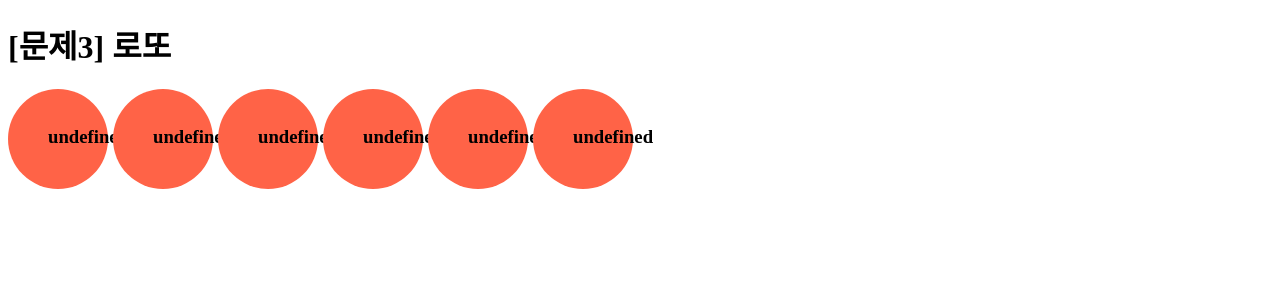
Repository: ssummini/Web
Page: JavaScript/src/main/webapp/practice/practice05.html
These files come from the project's save history. The page is drawn as it stood at one moment and after the next save; the edit follows.
The browser window is 1280 px wide. The pictures show the whole page.

Above is the page before, as saved 2024-08-21 08:08:54.

After the next save:
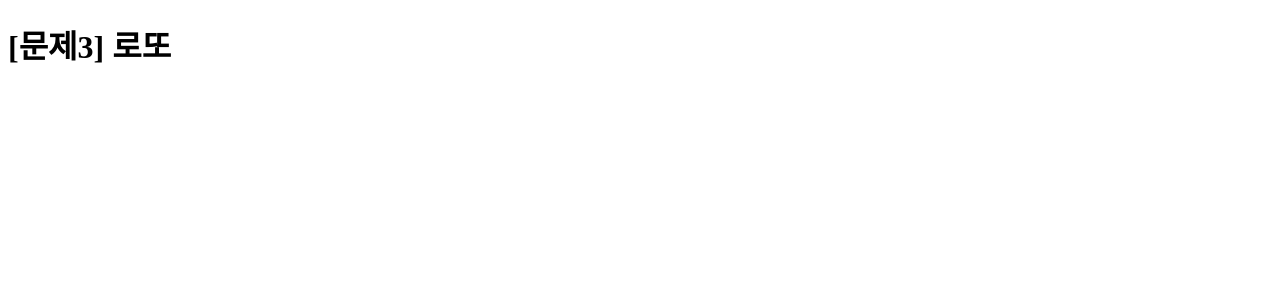
Console error: SyntaxError: Unexpected token ']'
Saved 10 s later.
--- a/JavaScript/src/main/webapp/practice/practice05.html
+++ b/JavaScript/src/main/webapp/practice/practice05.html
@@ -45,7 +45,7 @@
 		}while(isSame);
 
 		lottoNumbers.push(number);
-		document.write(`<div class="lotto"><h3>${number[1]}</h3></div>`);
+		document.write(`<div class="lotto"><h3>${number[]}</h3></div>`);
 
 	}
 

After the save that followed:
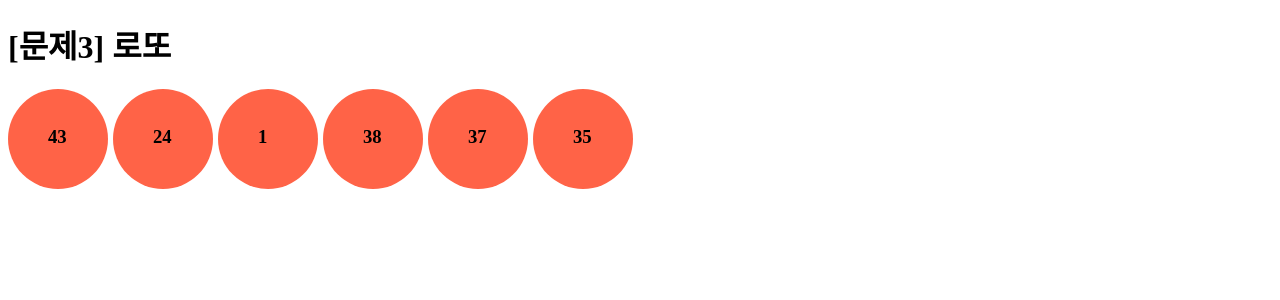
The error is gone.
Saved 5 s later.
--- a/JavaScript/src/main/webapp/practice/practice05.html
+++ b/JavaScript/src/main/webapp/practice/practice05.html
@@ -45,7 +45,7 @@
 		}while(isSame);
 
 		lottoNumbers.push(number);
-		document.write(`<div class="lotto"><h3>${number[]}</h3></div>`);
+		document.write(`<div class="lotto"><h3>${number}</h3></div>`);
 
 	}
 
